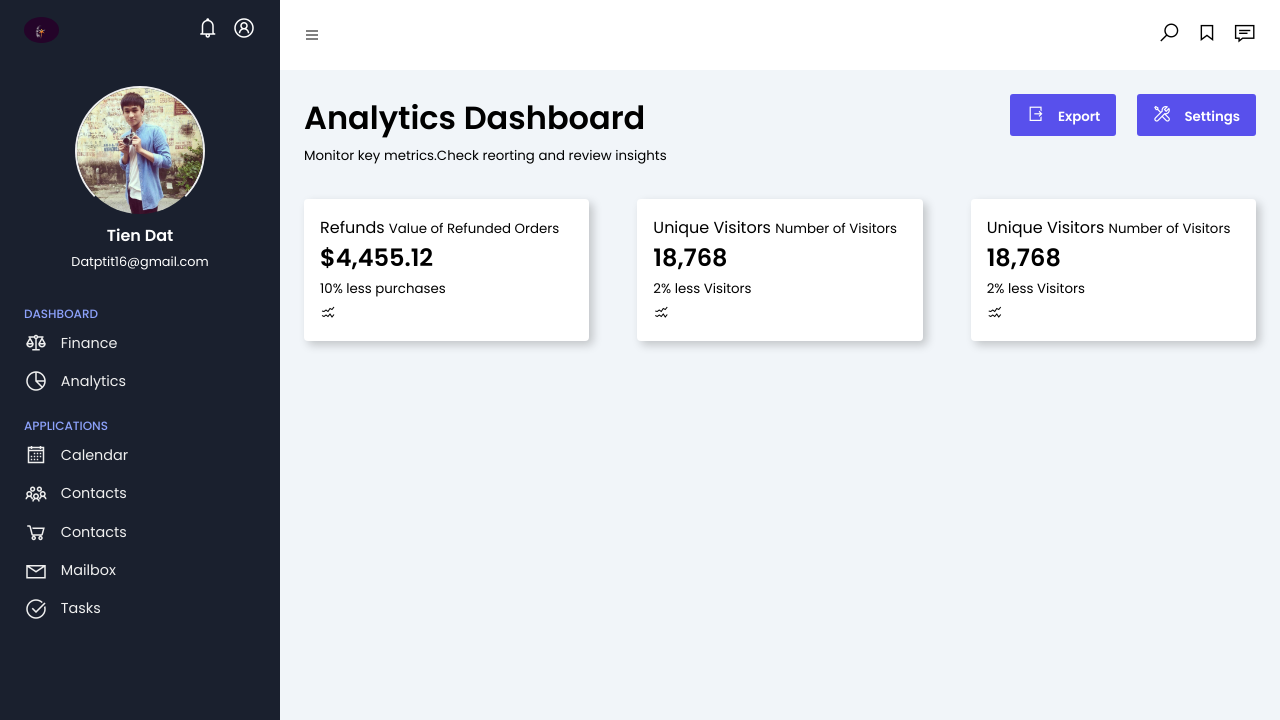
Repository: Datt21/dashboard-fe-project
Page: index.html
The author's editor kept a copy of each file at every save. The page is drawn from the files as they stood at one save, then again after the next save.
The browser window is 1280 px wide. The pictures show the whole page.

Above is the page before, as saved 2021-06-08 18:55:44.

After the next save:
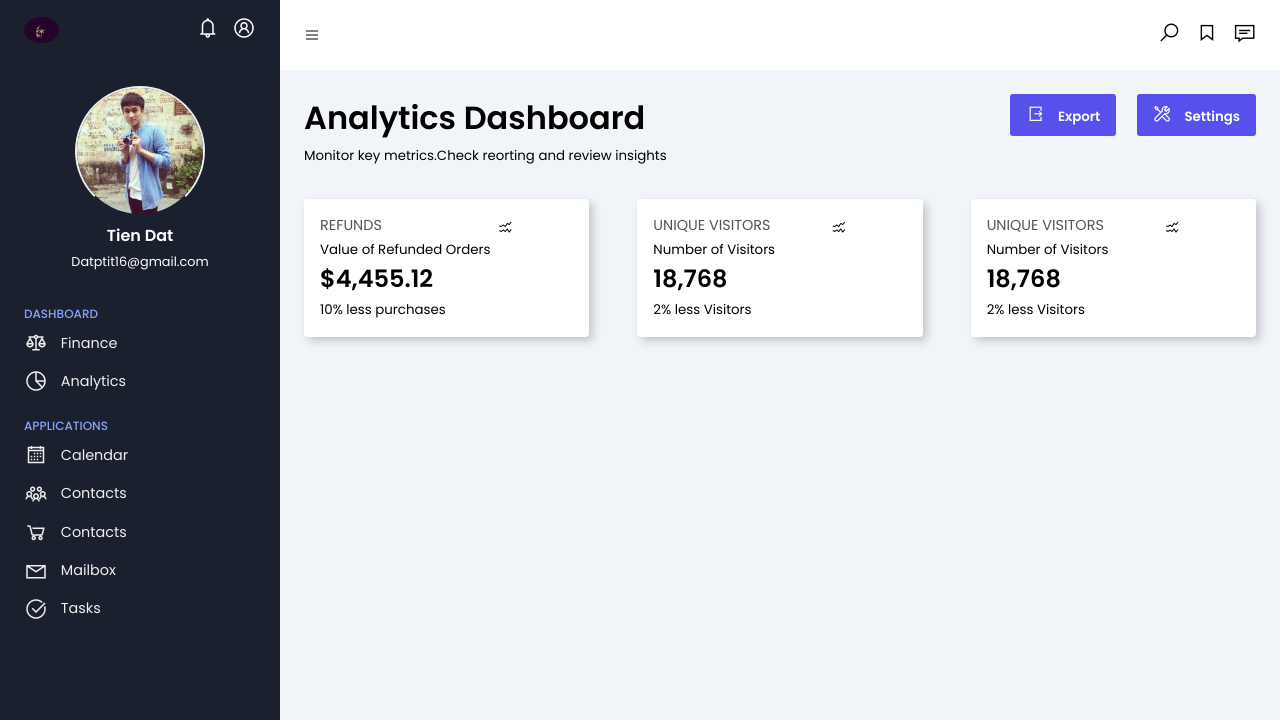
Saved 115 s later.
--- a/assets/css/style.css
+++ b/assets/css/style.css
@@ -175,3 +175,15 @@ main {
     box-shadow: 4px 4px 10px rgba(0,0,0,0.2) ;
     border-radius: 4px;
 }
+
+.card__flex{
+    display: grid;
+    grid-template-columns: 70% auto;
+}
+
+.card__head span{
+    display: block;
+    text-transform: uppercase;
+    color: #555;
+    font-size: .9rem;
+}
